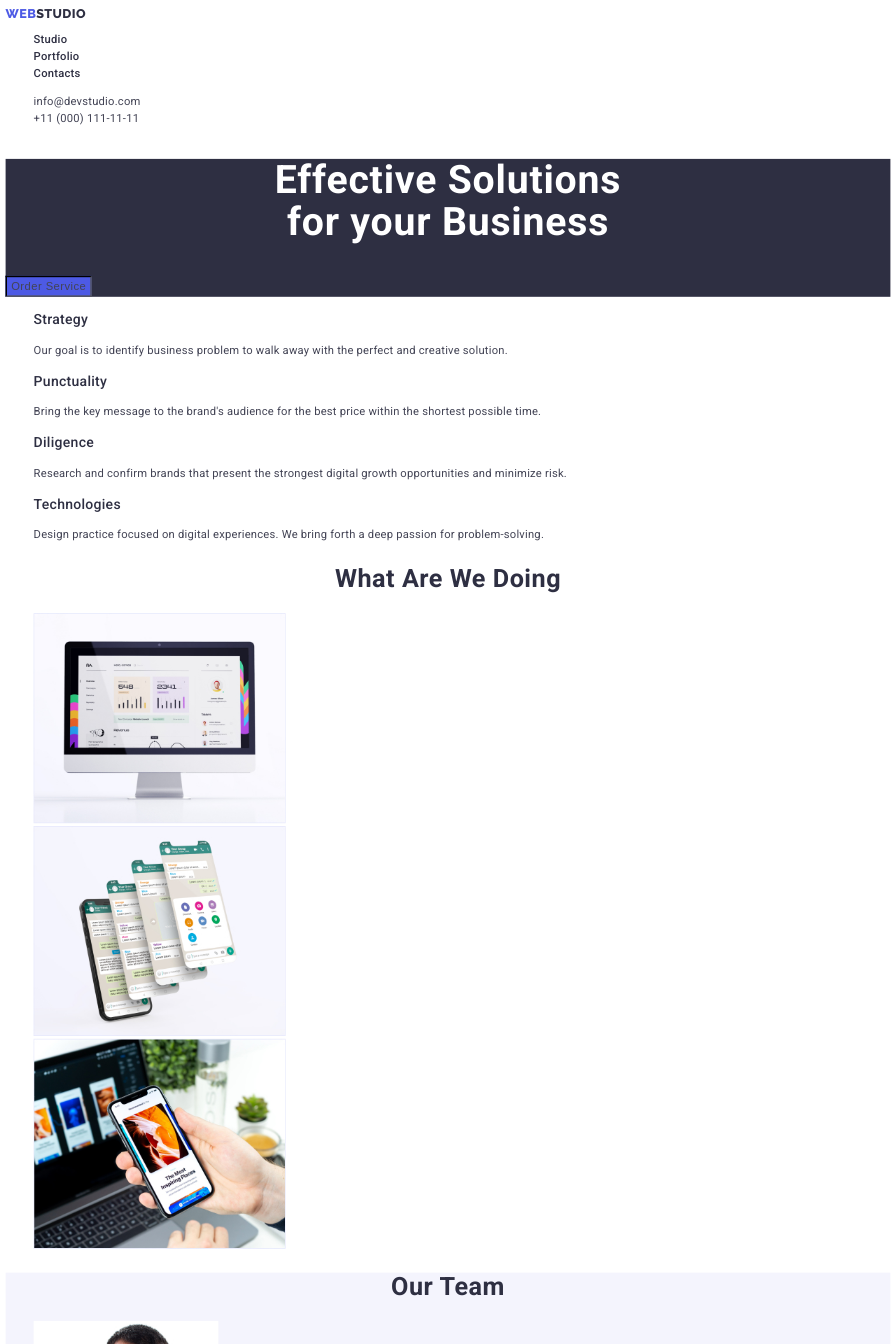
Repository: jandiman/goit-markup-hw-02
Page: index.html
An editor plug-in stored every save of this project. The page is shown before and after the next save, followed by the edit.
The browser window is 1280 px wide. The pictures show the part of the page from y = 0 to 1920 px (the page is 3484 px tall), at 70% of full size.
The first visible `.hero-button` is being pressed.

Above is the page before, as saved 2023-07-07 09:44:47.

After the next save:
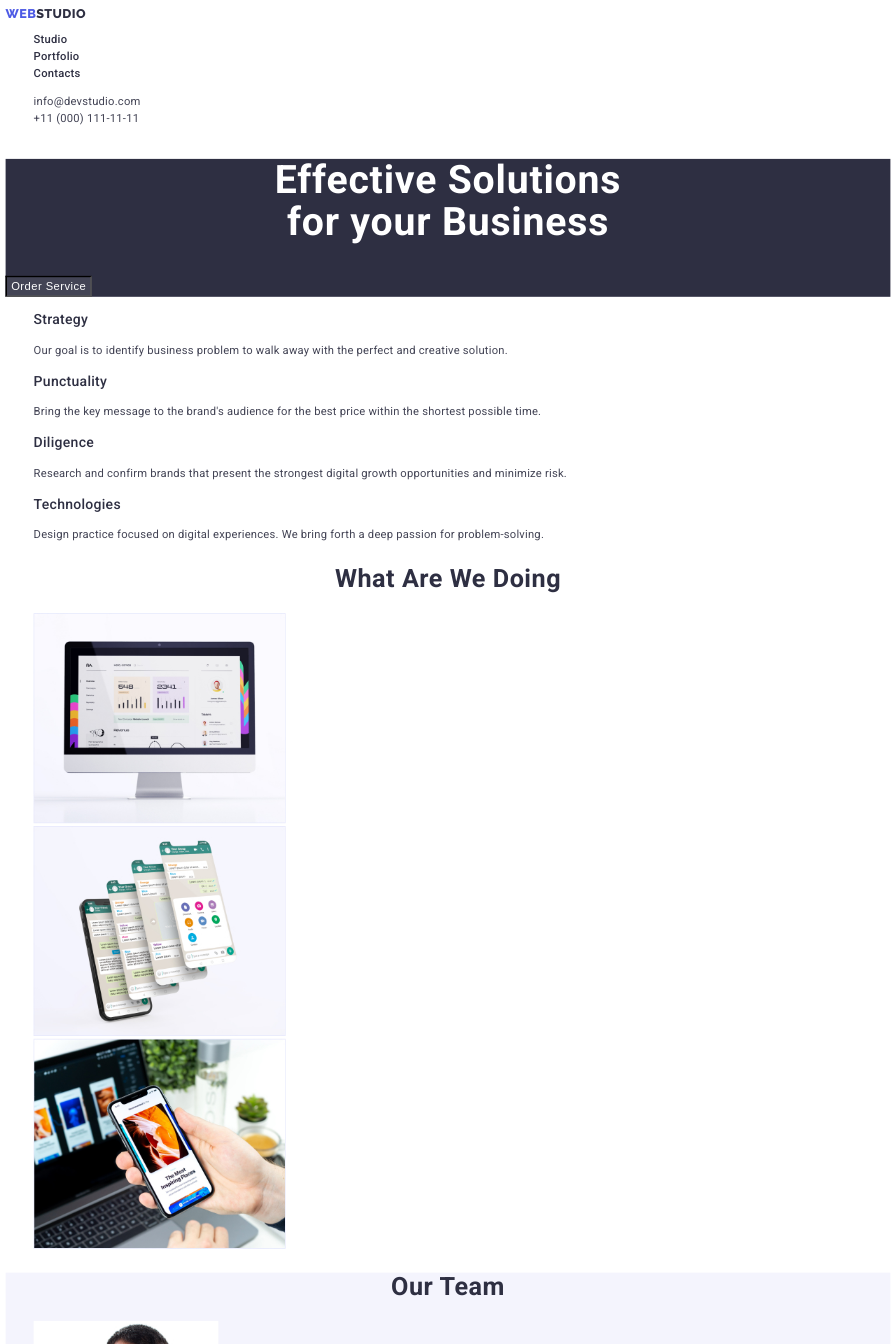
Saved 11 s later.
--- a/css/styles.css
+++ b/css/styles.css
@@ -112,7 +112,7 @@
   background-color: var(--navyblue: #2e2f42;);
 }
 .hero-button:active {
-  color: var(--slate);
+  background-color: var(--slate);
 }
 .button {
   cursor: pointer;
